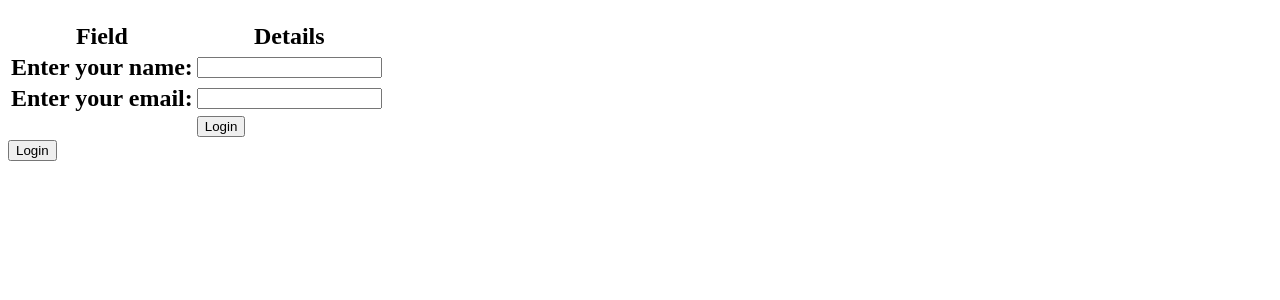
Repository: mycloud2k12/MyCloud
Page: http://localhost/Hackathon/login.jsp
These files come from the project's save history. The page is drawn as it stood at one moment and after the next save; the edit follows.
The browser window is 1280 px wide. The pictures show the whole page.
The page is served by Tomcat 9.

Above is the page before, as saved 2012-04-26 10:58:50.

After the next save:
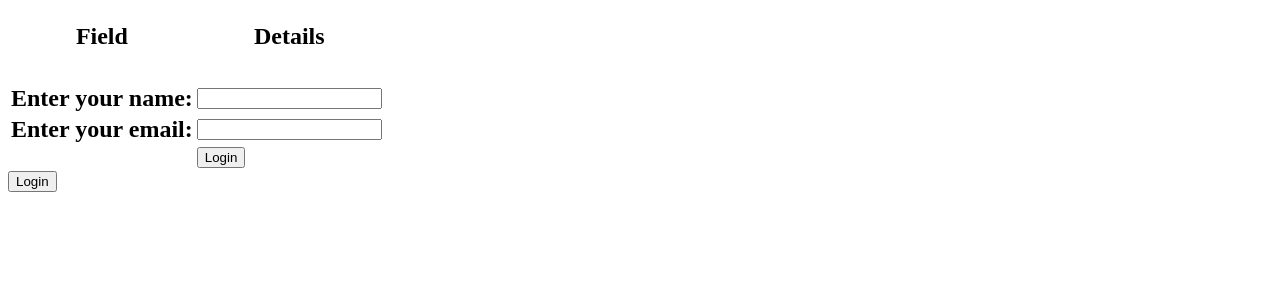
Saved 45 s later.
--- a/MyCloud/workspace/Hackathon/WebContent/login.jsp
+++ b/MyCloud/workspace/Hackathon/WebContent/login.jsp
@@ -18,6 +18,11 @@
             </tr>
         </thead>
         <tbody>
+        	<tr>
+                <td colspan="2">
+                    <bean:write name="LoginForm" property="error" filter="false"/>
+                    &nbsp;</td>
+            </tr>
             <tr>
                 <td>Enter your name:</td>
                 <td><html:text property="name" /></td>
